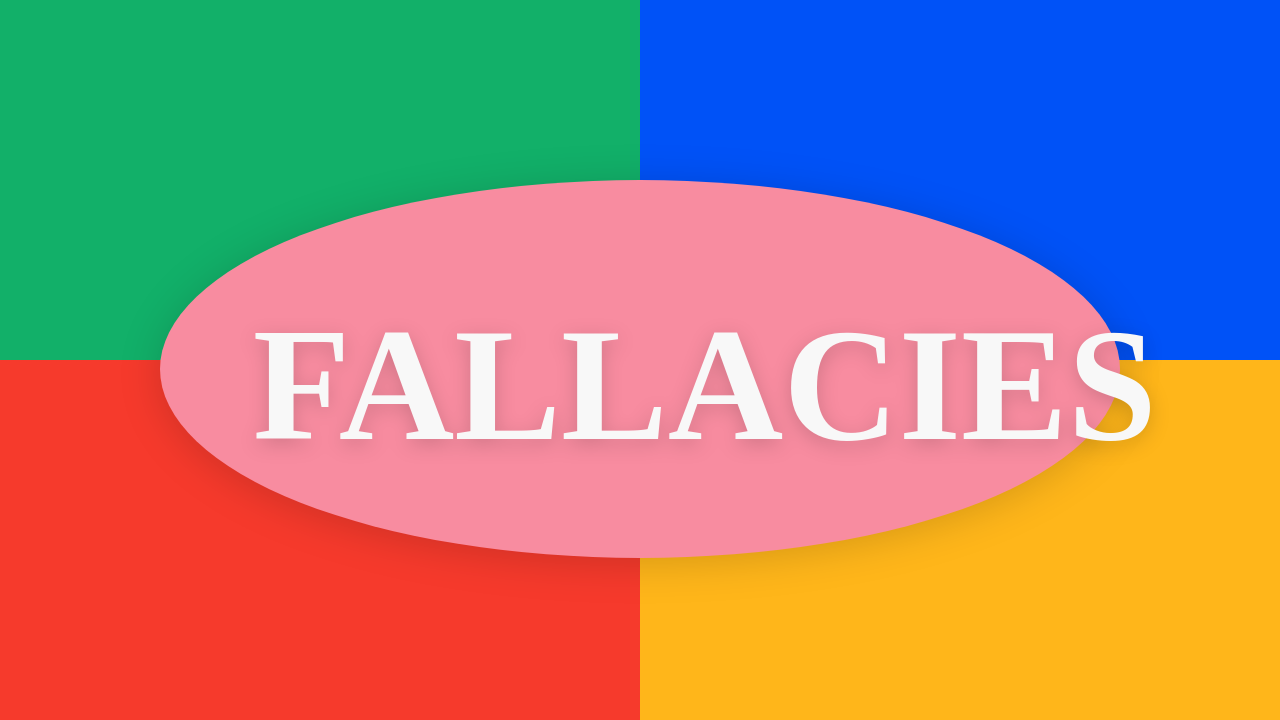
Repository: yafugray/fallacies
Page: project/Midterm project/index.html
These files come from the project's save history. The page is drawn as it stood at one moment and after a run of saves; the edit follows.
The browser window is 1280 px wide. The pictures show the whole page.

Above is the page before, as saved 2020-03-12 15:33:34.

After the next 2 saves:
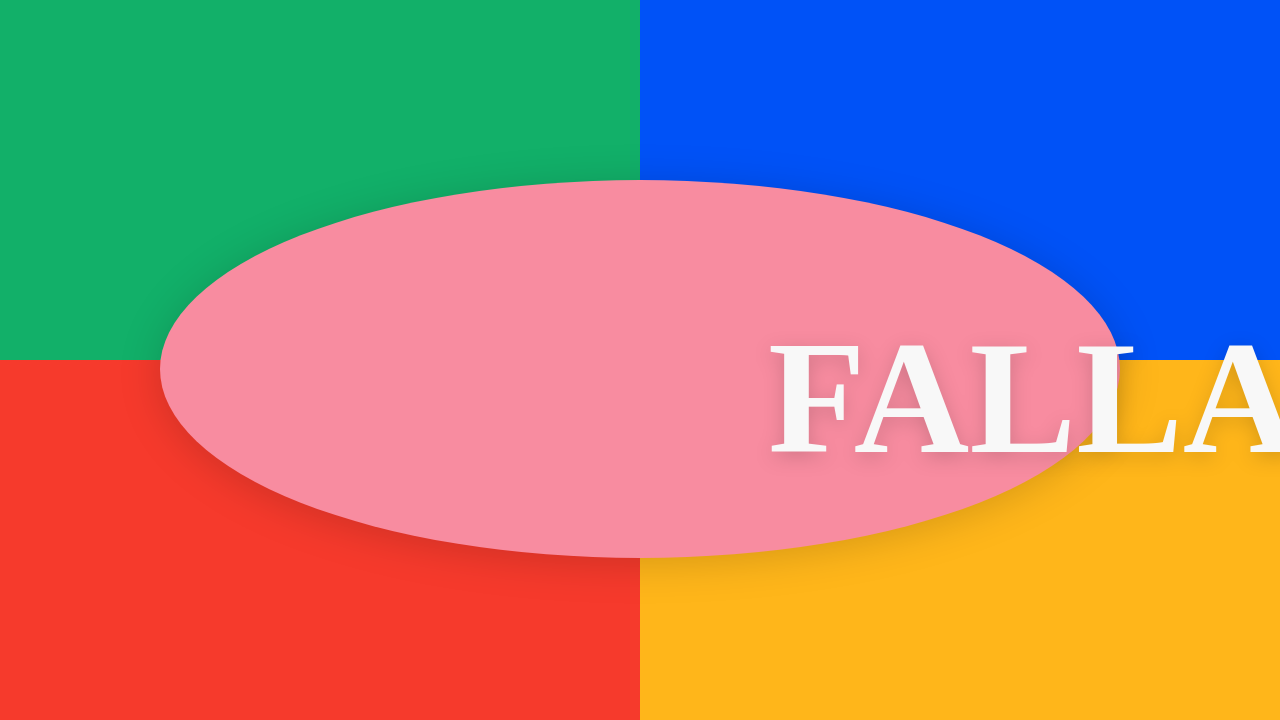
The 2 saves are shown as one change because they came seconds apart.
The last was saved 53 s later.
--- a/project/Midterm project/app.css
+++ b/project/Midterm project/app.css
@@ -92,9 +92,9 @@
     position: relative;
     align-items: center;
     justify-content: center;
-    top: 45%;
+    /* top: 45%;
     bottom: 45%;
-    right: 7.5%;
+    right: 7.5%; */
     /* left: 25%; */
     /* width: 15vh; */
     overflow: visible;
@@ -105,4 +105,8 @@
     font-weight: bold;
     font-size: 10em;
     color: rgba(248,248,248,1);
+    text-align: center;
+	position: absolute;
+	top: 50%;
+	left: 50%;
 }
